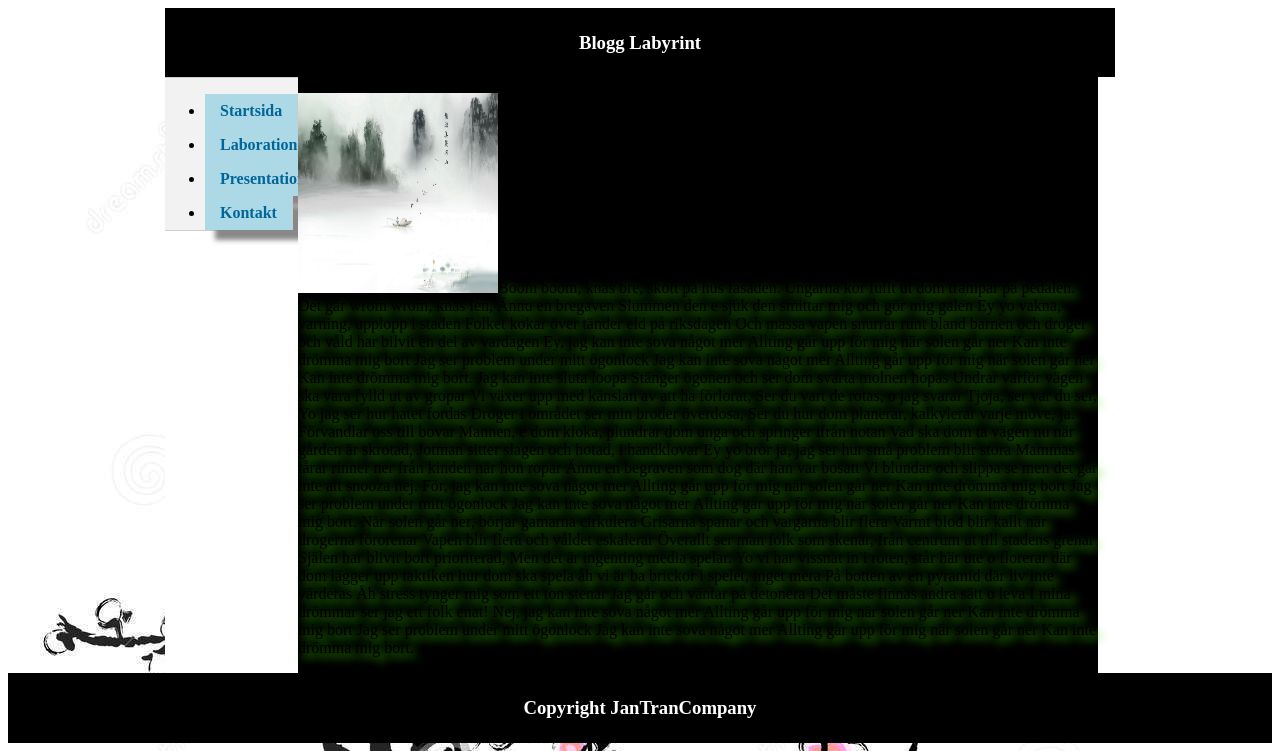
Repository: jt222ic/1ik415-jt222ic-lab-1
Page: pages/Blogginlagg.html
The author's editor kept a record of every edit. The page is drawn from the files as they stood at one moment, then again after the next edit.
The browser window is 1280 px wide. The pictures show the whole page.

Above is the page before.

After the next edit:
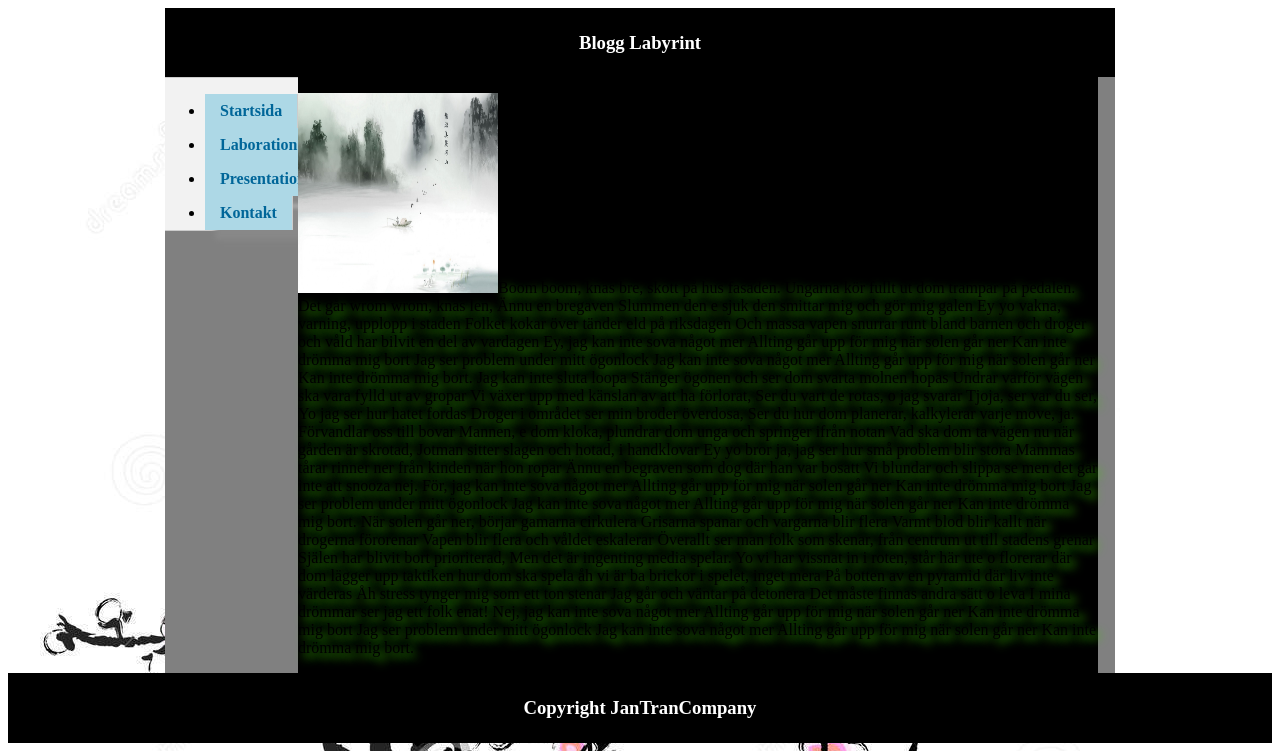
The edit:
--- a/pages/Csss/style.css
+++ b/pages/Csss/style.css
@@ -116,7 +116,7 @@
 
 #container {
     overflow: auto;
-    background-color:white;
+    background-color:grey;
     max-width: 950px;
     margin: 0 auto;
 
